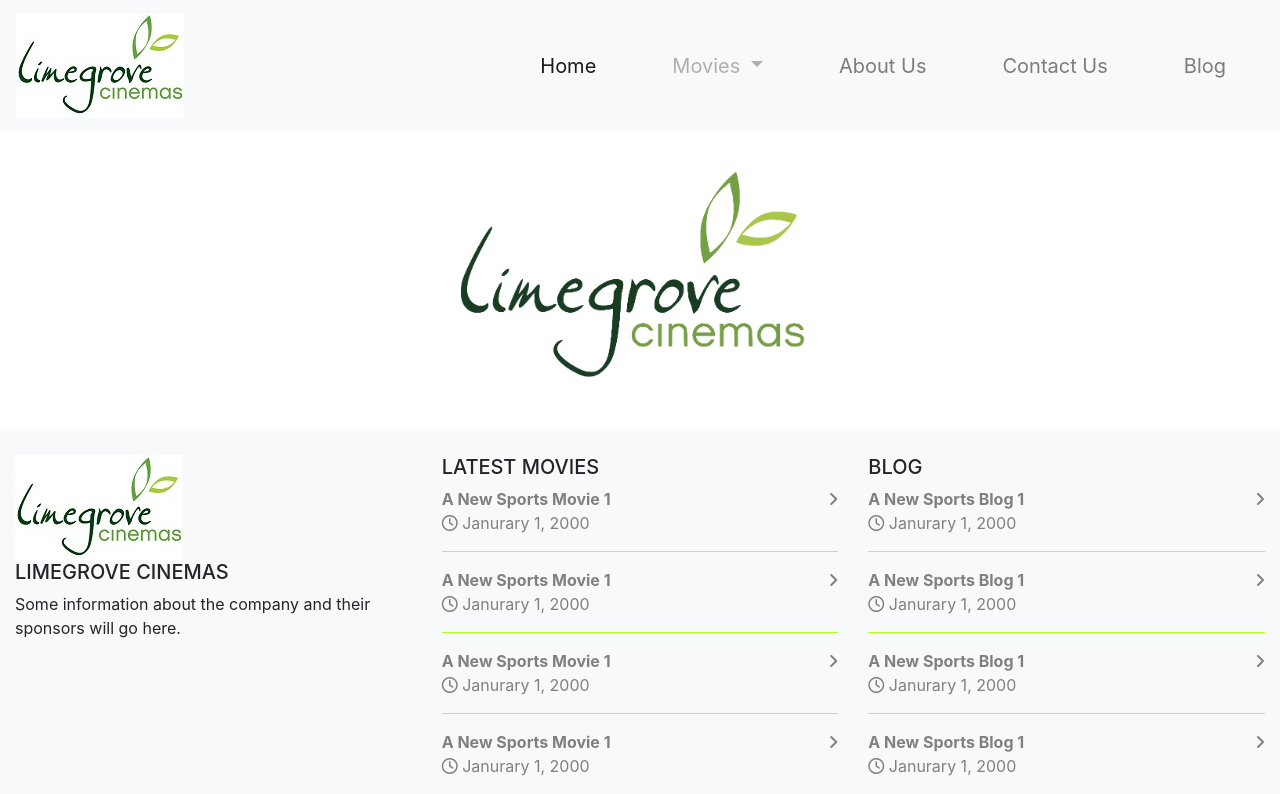
Repository: SimplyZacc/movie-web-template
Page: http://localhost/contactus.php
An editor plug-in stored every save of this project. The page is shown before and after a run of saves, followed by the edit.
The browser window is 1280 px wide. The pictures show the whole page.
Some web libraries are served in a nearby version. The page is run by PHP 8.4 with error messages shown; the project is at /var/www/html/.

Above is the page before, as saved 2020-03-28 11:51:06.

### contactus.php
<?php
//set page vars
$title = "Contact Us";
//include page header
include "templates/header.php";
?>

<div class="contact-head">

</div>

<?php include "templates/footer.php"; ?>

### templates/header.php
<?php
session_start();
?>
<!DOCTYPE html>
<html lang="en">

<head>
    <meta charset="UTF-8">
    <meta name="viewport" content="width=device-width, initial-scale=1.0">

    <title>
        <?php
        $default_header = "Limegrove Cinemas";
        if (isset($title)) {
            echo "Limegrove Cinemas - " . $title;
        } else {
            echo $default_header;
        }
        ?>
    </title>

    <!-- CSS -->
    <link rel="stylesheet" href="https://stackpath.bootstrapcdn.com/bootstrap/4.4.1/css/bootstrap.min.css" integrity="sha384-Vkoo8x4CGsO3+Hhxv8T/Q5PaXtkKtu6ug5TOeNV6gBiFeWPGFN9MuhOf23Q9Ifjh" crossorigin="anonymous">
    <link rel="stylesheet" href="assets/css/styles.css">
    <link rel="stylesheet" href="movie-web-template/assets/css/styles.css">

    <!-- JavaScript -->
    <script src="https://code.jquery.com/jquery-3.4.1.slim.min.js" integrity="sha384-J6qa4849blE2+poT4WnyKhv5vZF5SrPo0iEjwBvKU7imGFAV0wwj1yYfoRSJoZ+n" crossorigin="anonymous"></script>
    <script src="https://cdn.jsdelivr.net/npm/popper.js@1.16.0/dist/umd/popper.min.js" integrity="sha384-Q6E9RHvbIyZFJoft+2mJbHaEWldlvI9IOYy5n3zV9zzTtmI3UksdQRVvoxMfooAo" crossorigin="anonymous"></script>
    <script src="https://stackpath.bootstrapcdn.com/bootstrap/4.4.1/js/bootstrap.min.js" integrity="sha384-wfSDF2E50Y2D1uUdj0O3uMBJnjuUD4Ih7YwaYd1iqfktj0Uod8GCExl3Og8ifwB6" crossorigin="anonymous"></script>
    <script src="https://kit.fontawesome.com/e9662c41f5.js" crossorigin="anonymous"></script>

</head>

<body>

    <nav class="navbar navbar-expand-lg navbar-light bg-light">


        <div class="collapse navbar-collapse" id="navbarSupportedContent">
            <ul class="navbar-nav mr-auto">
                <a class="navbar-brand" href="#"><img src="assets/images/logo.jpg" alt="Cinema Logo"></a>
                <button class="navbar-toggler" type="button" data-toggle="collapse" data-target="#navbarSupportedContent" aria-controls="navbarSupportedContent" aria-expanded="false" aria-label="Toggle navigation">
                    <span class="navbar-toggler-icon"></span>
                </button>
            </ul>

            <ul class="navbar-nav navbar-right">

                <li class="nav-item active p-r-10">
                    <a class="nav-link" href="#">Home <span class="sr-only">(current)</span></a>
                </li>
                <li class="nav-item dropdown p-r-10">
                    <a class="nav-link dropdown-toggle disabled" href="#" id="navbarDropdown" role="button" data-toggle="dropdown" aria-haspopup="true" aria-expanded="false">
                        Movies
                    </a>
                    <div class="dropdown-menu" aria-labelledby="navbarDropdown">
                        <a class="dropdown-item" href="#">Recently Added</a>
                        <a class="dropdown-item" href="#">Popular</a>
                        <a class="dropdown-item" href="#">Soon Added</a>
                    </div>
                </li>

                <li class="nav-item ">
                    <a class="nav-link" href="aboutus.php">About Us</a>
                </li>

                <li class="nav-item p-r-10">
                    <a class="nav-link" href="contactus.php">Contact Us</a>
                </li>

                <li class="nav-item p-r-10">
                    <a class="nav-link" href="blog.php">Blog</a>
                </li>
            </ul>

        </div>
    </nav>

### templates/footer.php
<footer class="page-footer font-small pt-4 bg-light">

    <div class="container-fluid text-center text-md-left">

        <div class="row">

            <div class="col-md-4 mt-md-0 mt-3">

                <img src="assets/images/logo.jpg" alt="">
                <h5 class="text-uppercase">Limegrove Cinemas</h5>
                <p style="height: 100px">Some information about the company and their sponsors will go here.</p>

            </div>

            <hr class="clearfix w-100 d-md-none pb-3">

            <div class="col-md-4 mb-md-0 mb-3">

                <h5 class="text-uppercase bold">Latest Movies</h5>

                <ul class="list-unstyled grey">
                    <li>
                        <a href="#" class="footer-link">A New Sports Movie 1 <span style="float: right"><i class="fas fa-angle-right"></i></span></a>
                        <br>
                        <p><i class="far fa-clock"></i> Janurary 1, 2000</p>
                    </li>
                    <hr style="border-color: greenyellow;">
                    <li>
                        <a href="#" class="footer-link">A New Sports Movie 1 <span style="float: right"><i class="fas fa-angle-right"></i></span></a>
                        <br>
                        <p><i class="far fa-clock"></i> Janurary 1, 2000</p>
                    </li>
                    <hr style="border-color: greenyellow;">
                    <li>
                        <a href="#" class="footer-link">A New Sports Movie 1 <span style="float: right"><i class="fas fa-angle-right"></i></span></a>
                        <br>
                        <p><i class="far fa-clock"></i> Janurary 1, 2000</p>
                    </li>
                    <hr style="border-color: greenyellow;">
                    <li>
                        <a href="#" class="footer-link">A New Sports Movie 1 <span style="float: right"><i class="fas fa-angle-right"></i></span></a>
                        <br>
                        <p><i class="far fa-clock"></i> Janurary 1, 2000</p>
                    </li>
                </ul>

            </div>

            <hr class="clearfix w-100 d-md-none pb-3">

            <div class="col-md-4 mb-md-0 mb-3">

                <h5 class="text-uppercase bold">Blog</h5>

                <ul class="list-unstyled grey">
                    <li>
                        <a href="#" class="footer-link">A New Sports Blog 1 <span style="float: right"><i class="fas fa-angle-right"></i></span></a>
                        <br>
                        <p><i class="far fa-clock"></i> Janurary 1, 2000</p>
                    </li>
                    <hr style="border-color: greenyellow;">
                    <li>
                        <a href="#" class="footer-link">A New Sports Blog 1 <span style="float: right"><i class="fas fa-angle-right"></i></span></a>
                        <br>
                        <p><i class="far fa-clock"></i> Janurary 1, 2000</p>
                    </li>
                    <hr style="border-color: greenyellow;">
                    <li>
                        <a href="#" class="footer-link">A New Sports Blog 1 <span style="float: right"><i class="fas fa-angle-right"></i></span></a>
                        <br>
                        <p><i class="far fa-clock"></i> Janurary 1, 2000</p>
                    </li>
                    <hr style="border-color: greenyellow;">
                    <li>
                        <a href="#" class="footer-link">A New Sports Blog 1 <span style="float: right"><i class="fas fa-angle-right"></i></span></a>
                        <br>
                        <p><i class="far fa-clock"></i> Janurary 1, 2000</p>
                    </li>
                </ul>

            </div>

        </div>

    </div>

</footer>

</body>
</html>

### assets/css/styles.css
.hr{
    border-color: whitesmoke;
}

.grey{
    color: grey;
}

.footer-link{
    font-weight: bold;
    text-decoration: none;
    color: grey;
}

.footer-link:hover{
    text-decoration: none;
    color: #13df13;
    transition-duration: 0.5s;
}

.navbar-nav > li{
    padding-left:30px;
    padding-right:30px;
    font-size: 20px;
}

/****************************************** Contact Us Page ******************************************/

.contact-head{
    height: 300px;
    width: 100%;
    background-image: url('/assets/images/lgcgreenlogo.png');
    background-position-x: center;
    background-repeat: no-repeat;
    background-size: contain;
}

After the next 2 saves:
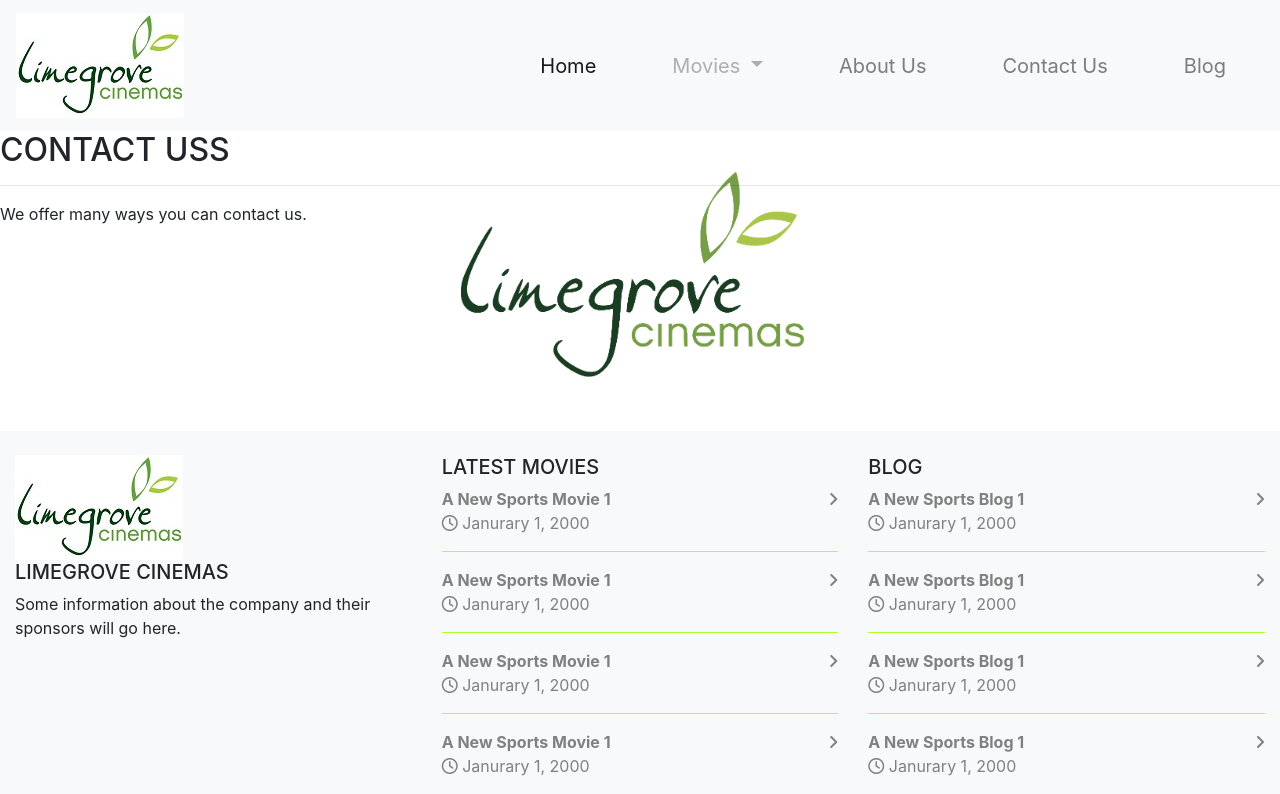
The 2 saves are shown as one change because they came seconds apart.
The last was saved 54 s later.
--- a/contactus.php
+++ b/contactus.php
@@ -6,7 +6,9 @@ include "templates/header.php";
 ?>
 
 <div class="contact-head">
-
+    <h2>CONTACT USS</h2>
+    <hr>
+    <p>We offer many ways you can contact us.</p>
 </div>
 
 <?php include "templates/footer.php"; ?>
